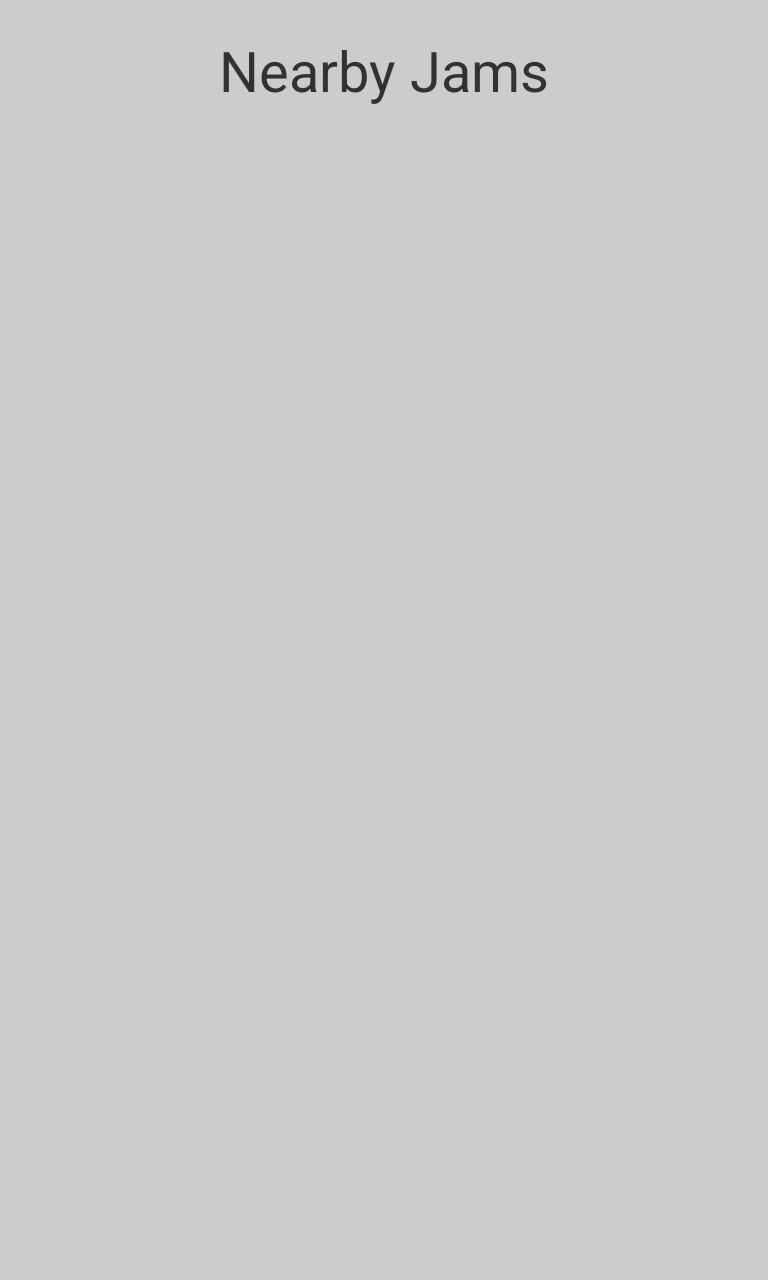
Repository: JayThomason/Tutti
Layout: tuttiUI/tuttiUI/res/layout/activity_join_jam.xml
An editor plug-in stored every save of this project. The layout is shown before and after the next save, followed by the edit.
It is drawn on a 768 x 1280 px phone screen (xhdpi) without system bars, with theme AppTheme; the app's code is not run. Lists and similar views that code fills are empty.

Above is the layout before, as saved 2014-03-09 08:47:42.

### tuttiUI/tuttiUI/res/layout/activity_join_jam.xml
<RelativeLayout xmlns:android="http://schemas.android.com/apk/res/android"
    xmlns:tools="http://schemas.android.com/tools"
    android:layout_width="match_parent"
    android:layout_height="match_parent"
    android:paddingBottom="@dimen/activity_vertical_margin"
    android:paddingLeft="@dimen/activity_horizontal_margin"
    android:paddingRight="@dimen/activity_horizontal_margin"
    android:paddingTop="@dimen/activity_vertical_margin"
    android:background="#CCCCCC"
    tools:context=".JoinJamActivity" >

    <TextView
        android:id="@+id/textView2"
        android:layout_width="wrap_content"
        android:layout_height="wrap_content"
        android:layout_centerHorizontal="true"
        android:text="@string/nearby_jams"
        android:textSize="28sp" />

    <ListView
        android:id="@+id/listView2"
        android:layout_width="match_parent"
        android:layout_height="wrap_content"
        android:layout_alignParentBottom="true"
        android:layout_below="@+id/textView2" >

    </ListView>

</RelativeLayout>

### tuttiUI/tuttiUI/res/values/strings.xml
<?xml version="1.0" encoding="utf-8"?>
<resources>

    <string name="app_name">tuttiUI</string>
    <string name="action_settings">Settings</string>
    <string name="hello_world">Hello world!</string>
    <string name="tuttilogo">Tutti Logo</string>
    <string name="new_jam">New Jam</string>
    <string name="join_jam">Join Jam</string>
    <string name="settings">Settings</string>
    <string name="help">Help</string>
    <string name="tutti_logo">Tutti Logo</string>
    <string name="title_activity_new_jam">NewJamActivity</string>
    <string name="title_activity_join_jam">JoinJamActivity</string>
    <string name="nearby_jams">Nearby Jams</string>
    <string name="add_to_jam">Add Songs to Jam</string>
    <string name="title_activity_view_jam">ViewJamActivity</string>
    <string name="audrey_jam">Audrey\'s Galaxy Note Jam</string>

</resources>

Loaded but not shown: tuttiUI/tuttiUI/res/values/styles.xml (common file); tuttiUI/tuttiUI/res/values-v11/styles.xml (common file); tuttiUI/tuttiUI/res/values-v14/styles.xml (common file); tuttiUI/tuttiUI/res/values/dimens.xml (common file)

After the next save:
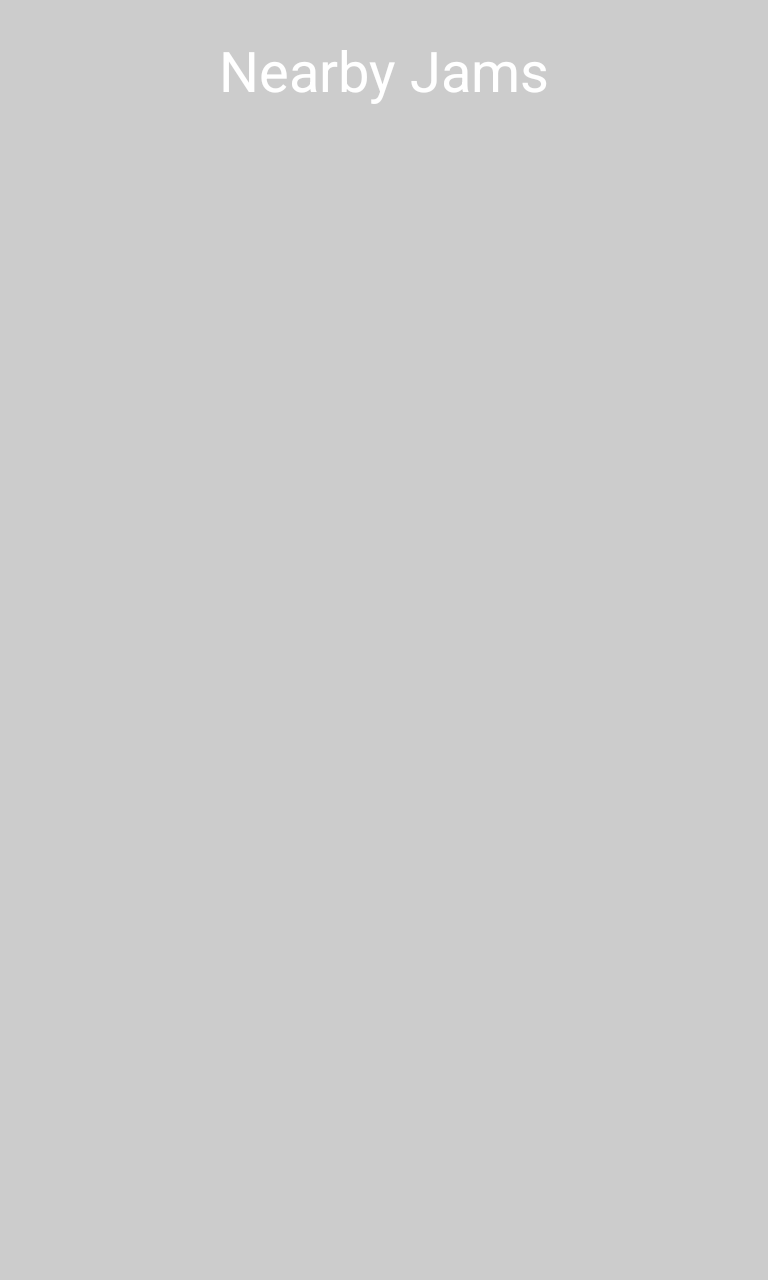
Saved 9 s later.
--- a/tuttiUI/tuttiUI/res/layout/activity_join_jam.xml
+++ b/tuttiUI/tuttiUI/res/layout/activity_join_jam.xml
@@ -15,6 +15,7 @@
         android:layout_height="wrap_content"
         android:layout_centerHorizontal="true"
         android:text="@string/nearby_jams"
+        android:textColor="#ffffff"
         android:textSize="28sp" />
 
     <ListView
@@ -22,6 +23,7 @@
         android:layout_width="match_parent"
         android:layout_height="wrap_content"
         android:layout_alignParentBottom="true"
+        android:textColor="#ffffff"
         android:layout_below="@+id/textView2" >
 
     </ListView>
